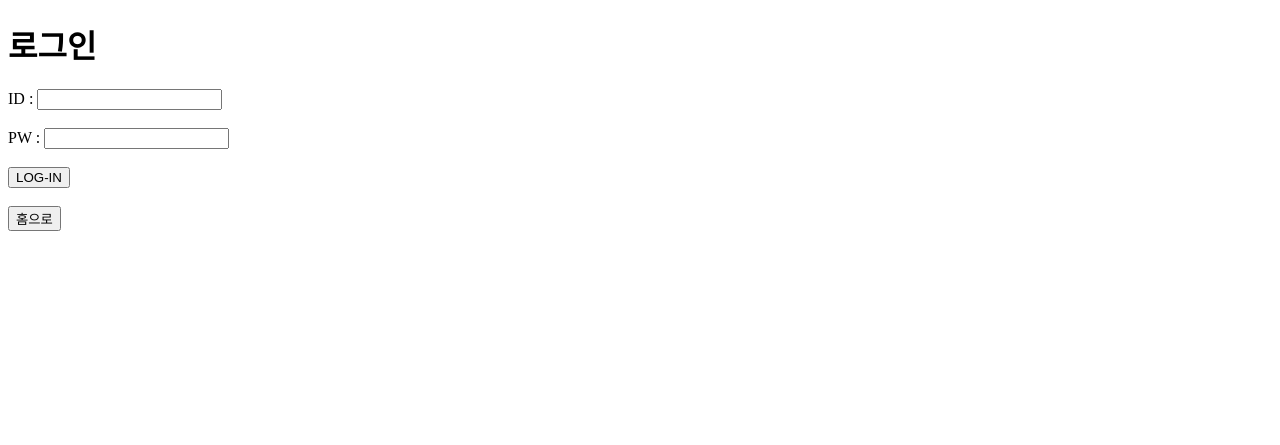
Repository: pyeonm30/PYMjspWorkspace
Page: http://localhost/basicJSP/04sessionLogin/login.jsp
These files come from the project's save history. The page is drawn as it stood at one moment and after the next save; the edit follows.
The browser window is 1280 px wide. The pictures show the whole page.
The page is served by Tomcat 9.

Above is the page before, as saved 2024-01-30 05:32:40.

After the next save:
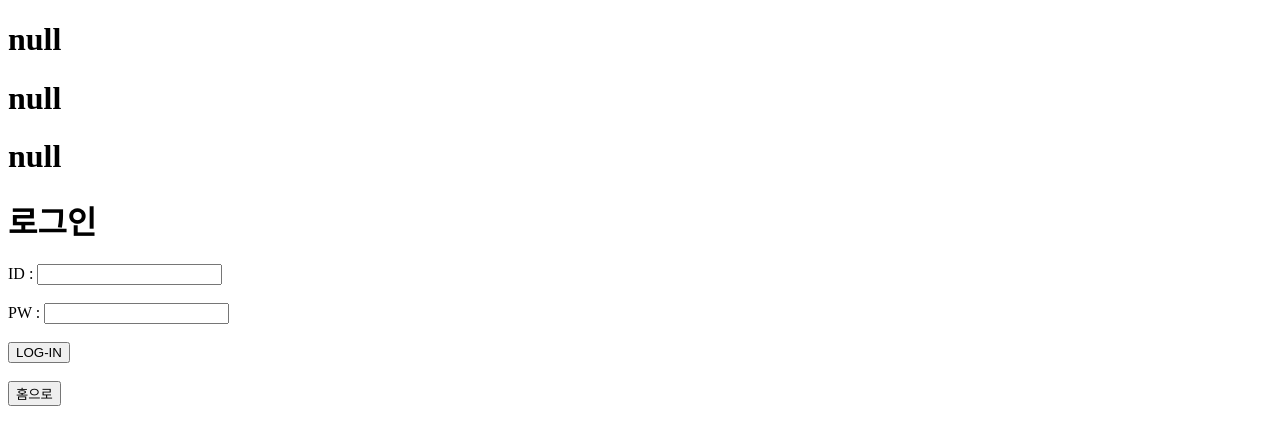
Saved 2 min 18 s later.
--- a/basicJSP/src/main/webapp/04sessionLogin/login.jsp
+++ b/basicJSP/src/main/webapp/04sessionLogin/login.jsp
@@ -2,7 +2,9 @@
     pageEncoding="UTF-8"%>
 
 <%
-
+String name = request.getParameter("name");
+String id = request.getParameter("id");
+String pw = request.getParameter("pw");
 %>
 <!DOCTYPE html>
 <html>
@@ -11,6 +13,10 @@
 <title>Insert title here</title>
 </head>
 <body>
+<h1> <%=name %></h1>
+<h1> <%=id %></h1>
+<h1> <%=pw %></h1>
+
 <h1> 로그인 </h1>
 <form method="post" action="loginPro.jsp">
  ID : <input type="text" name="id" /> <br><br>
